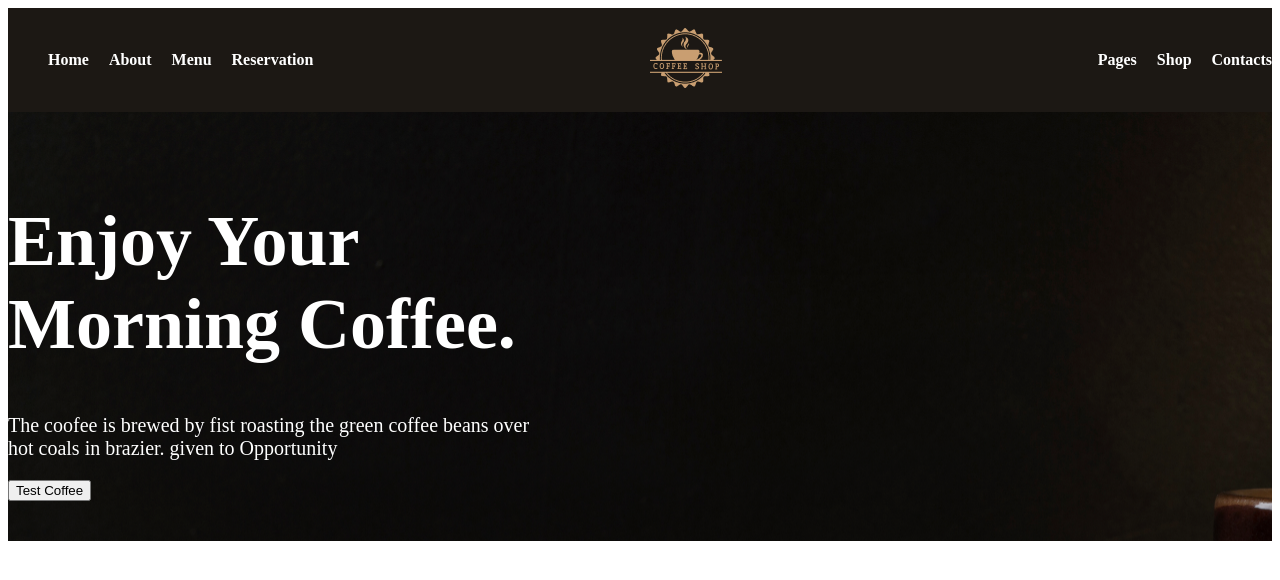
Repository: SitoraRashidova/CoffeShop_Figma
Page: /
An editor plug-in stored every save of this project. The page is shown before and after the next save, followed by the edit.
The browser window is 1280 px wide. The pictures show the whole page.
The project was rebuilt for these pictures with package versions that can differ from the ones it lists, and the page was loaded fresh each time. Also part of the build but not shown: vite.config.js.

Above is the page before, as saved 2024-11-24 23:00:16.

### src/index.css
/* :root {
  font-family: Inter, system-ui, Avenir, Helvetica, Arial, sans-serif;
  line-height: 1.5;
  font-weight: 400;

  color-scheme: light dark;
  color: rgba(255, 255, 255, 0.87);
  background-color: #242424;

  font-synthesis: none;
  text-rendering: optimizeLegibility;
  -webkit-font-smoothing: antialiased;
  -moz-osx-font-smoothing: grayscale;
} */

*{
  box-sizing: border-box;
}

.container {
  width: 100%;
  max-width: 1296px;
  margin: 0 auto;
}

/* Header uchun style */

.header{
  background-color: #1C1814;
  padding: 20px 0;
}

.header-wrapper{
  display: flex;
  align-items: center;
  justify-content: space-between;
}

.nav-list{
  display: flex;
  align-items: center;
  justify-content: space-between;
  gap: 20px;
}

.nav-list__item{
  list-style: none;
}

.nav-list__item-link{
  color: white;
  text-decoration: none;
  font-weight: 600;
}

/* Hero uchun style */

.hero{
  width: 100%;
  height: auto;
  background-image: url('./assets/hero-logo.png');
  background-size: ;
}

.hero-content{
  width: 100%;
  max-width: 529px;
  padding: 40px 0;
}

.hero-content__title{
  font-size: 72px;
  color: #fff;
}

.hero-content__desc{
  font-size: 20px;
  color: #fff;
}

### src/App.jsx
import './App.css'
import Header from './components/header'
import Hero from './components/hero'

function App() {

  return (
    <>
     <Header />
     <Hero />
    </>
  )
}

export default App

### src/App.css
*{
  box-sizing: border-box;
}

/* Header uchun style */

.container {
  width: 100%;
  max-width: 1296px;
  margin: 0 auto;
}

### src/components/header.jsx
import Logo from "../assets/Logo.png";

const Header = () => {
  return (
    <header className="header">
      <div className="container">
        <div className="header-wrapper">
          <nav>
            <ul className="nav-list">
              <li className="nav-list__item">
                <a className="nav-list__item-link" href="/home">
                  Home
                </a>
              </li>
              <li className="nav-list__item">
                <a className="nav-list__item-link" href="/about">
                  About
                </a>
              </li>
              <li className="nav-list__item">
                <a className="nav-list__item-link" href="/menu">
                  Menu
                </a>
              </li>
              <li className="nav-list__item">
                <a className="nav-list__item-link" href="/Reservation">
                  Reservation
                </a>
              </li>
            </ul>
          </nav>
          <div>
            <img src={Logo} alt="web site logo" />
          </div>
          <nav>
            <ul className="nav-list">
              <li className="nav-list__item">
                <a className="nav-list__item-link" href="/home">
                  Pages
                </a>
              </li>
              <li className="nav-list__item">
                <a className="nav-list__item-link" href="/about">
                  Shop
                </a>
              </li>
              <li className="nav-list__item">
                <a className="nav-list__item-link" href="/menu">
                  Contacts
                </a>
              </li>
            </ul>
          </nav>
        </div>
      </div>
    </header>
  );
};

export default Header;

### src/components/hero.jsx


const Hero = () => {
  return (
    <div className="hero">
        <div className="container">
           <div className="hero-content">
            <h1 className="hero-content__title">Enjoy Your
            Morning Coffee.</h1>
            <p className="hero-content__desc">The coofee is brewed by fist roasting the green coffee beans over hot coals in brazier. given to Opportunity</p>
            <button>Test Coffee</button>
           </div>
        </div>
    </div>
  )
}

export default Hero

Loaded but not shown: index.html (common file); src/main.jsx (common file)

After the next save:
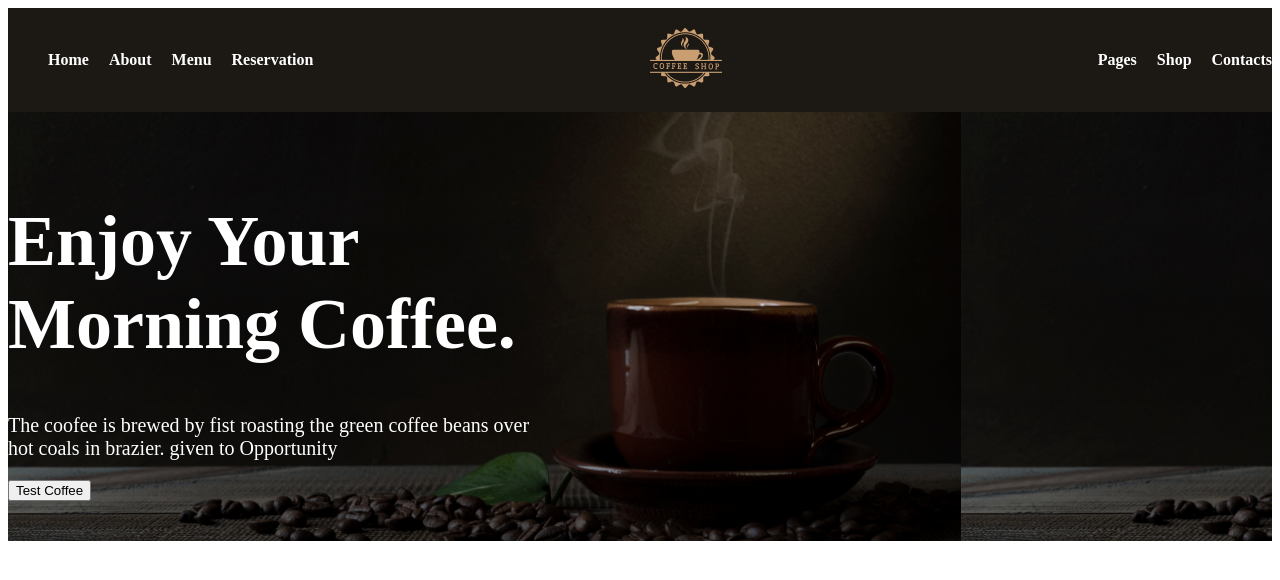
Saved 2 s later.
--- a/src/index.css
+++ b/src/index.css
@@ -59,7 +59,7 @@
   width: 100%;
   height: auto;
   background-image: url('./assets/hero-logo.png');
-  background-size: ;
+  background-size: contain;
 }
 
 .hero-content{
